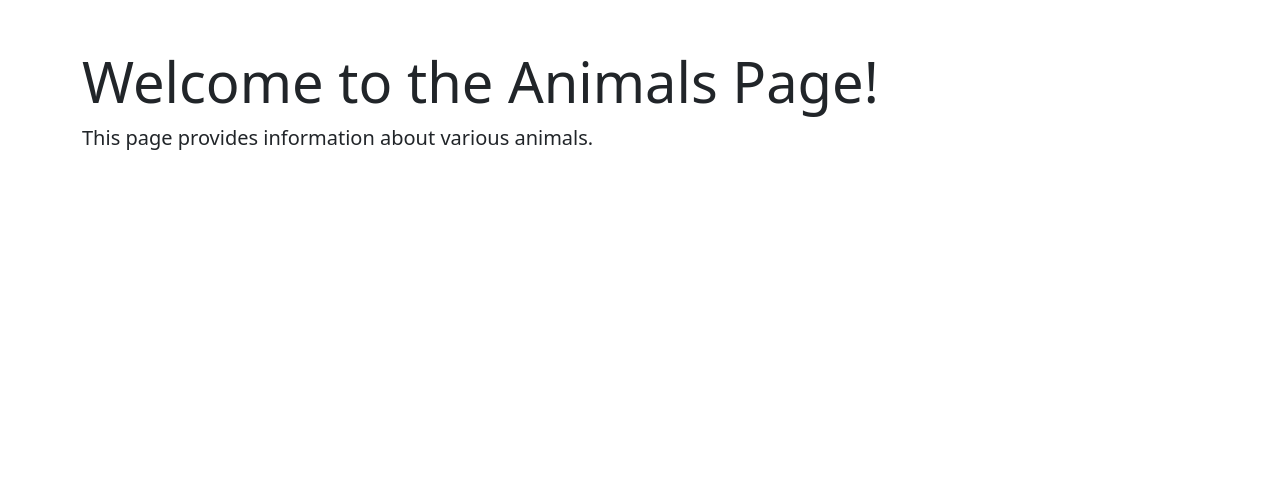
Repository: Mbote-Joseph/Django-Recap
Page: http://localhost/animals
The author's editor kept a copy of each file at every save. The page is drawn from the files as they stood at one save, then again after a run of saves.
The browser window is 1280 px wide. The pictures show the whole page.
The page is served by the project's application, run on Django 5.2 (manage.py). Other server files are loaded and not shown. The page reads the database file committed with the project.

Above is the page before, as saved 2025-12-13 13:43:31.

### Test/testproject/animals/templates/animals/animals.html
{% extends "base.html" %}

{% block title %}
    <title>{{title}}</title>
{% endblock %}

{% block content %}
    <div class="container mt-5">
        <div class="jumbotron">
            <h1 class="display-4">Welcome to the Animals Page!</h1>

            <p class="lead">This page provides information about various animals.</p>
            {% for animal in animals %}
                <div class="card mb-3">
                    <div class="card-body">
                        <h5 class="card-title">{{ animal.name }} ({{ animal.species }})</h5>
                        <p class="card-text">Age: {{ animal.age }}</p>
                        <p class="card-text">Location: {{ animal.location }}</p>
                    </div>
                </div>
            {% endfor %}
        </div>
    </div>
{% endblock %}

### Test/testproject/static/templates/base.html
{% load static %}
<!doctype html>
<html lang="en">
  <head>
    <meta charset="utf-8">
    <meta name="viewport" content="width=device-width, initial-scale=1">
    {% block title %}
    {% endblock %}
    <link href="https://cdn.jsdelivr.net/npm/bootstrap@5.3.8/dist/css/bootstrap.min.css" rel="stylesheet" integrity="sha384-sRIl4kxILFvY47J16cr9ZwB07vP4J8+LH7qKQnuqkuIAvNWLzeN8tE5YBujZqJLB" crossorigin="anonymous">
  </head>
  <body>
    {% block content %}

    {% endblock %}
    <script src="https://cdn.jsdelivr.net/npm/bootstrap@5.3.8/dist/js/bootstrap.bundle.min.js" integrity="sha384-FKyoEForCGlyvwx9Hj09JcYn3nv7wiPVlz7YYwJrWVcXK/BmnVDxM+D2scQbITxI" crossorigin="anonymous"></script>
  </body>
</html>

### Test/testproject/animals/views.py
from django.shortcuts import render
from django.views.generic import TemplateView

from .models import Animal
# Create your views here.

class HomeView(TemplateView):
    model = Animal
    context_object_name = "animals"
    template_name = "animals/animals.html"
    extra_context = {
        "title": " Animal Page"
    }

### Test/testproject/testproject/urls.py
"""
URL configuration for testproject project.

The `urlpatterns` list routes URLs to views. For more information please see:
    https://docs.djangoproject.com/en/6.0/topics/http/urls/
Examples:
Function views
    1. Add an import:  from my_app import views
    2. Add a URL to urlpatterns:  path('', views.home, name='home')
Class-based views
    1. Add an import:  from other_app.views import Home
    2. Add a URL to urlpatterns:  path('', Home.as_view(), name='home')
Including another URLconf
    1. Import the include() function: from django.urls import include, path
    2. Add a URL to urlpatterns:  path('blog/', include('blog.urls'))
"""
from django.contrib import admin
from django.urls import path, include

urlpatterns = [
    path('admin/', admin.site.urls),
    path('home', include('home.urls')),
    path('animals', include('animals.urls')),
]

### Test/testproject/home/urls.py
from django.urls import path

from .views import HomeView

urlpatterns = [
    path('', HomeView.as_view()),
]

### Test/testproject/animals/urls.py
from django.urls import path
from .views import HomeView

urlpatterns = [
    path('', HomeView.as_view()),
]

### Test/testproject/animals/models.py
from django.db import models

# Create your models here.

class Animal(models.Model):
    LOCATIONS = {
        ('savannah', 'Savannah'),
        ('jungle', 'Jungle'),
        ('ocean', 'Ocean'),
        ('desert', 'Desert'),
    }
    name = models.CharField(max_length=100)
    species = models.CharField(max_length=100)
    age = models.IntegerField()
    location = models.CharField(max_length=100, choices=LOCATIONS)

    def __str__(self):
        return f"{self.name} the {self.species}"

### Test/testproject/db.sqlite3 (the tables this page reads, as SQL)
CREATE TABLE "animals_animal" ("id" integer NOT NULL PRIMARY KEY AUTOINCREMENT, "name" varchar(100) NOT NULL, "species" varchar(100) NOT NULL, "age" integer NOT NULL, "location" varchar(100) NOT NULL);
INSERT INTO "animals_animal" VALUES
(1, 'Lion', 'Carnivorous', 4, 'jungle'),
(2, 'Rabbit', 'Herbivor', 1, 'savannah');

After the next 2 saves:
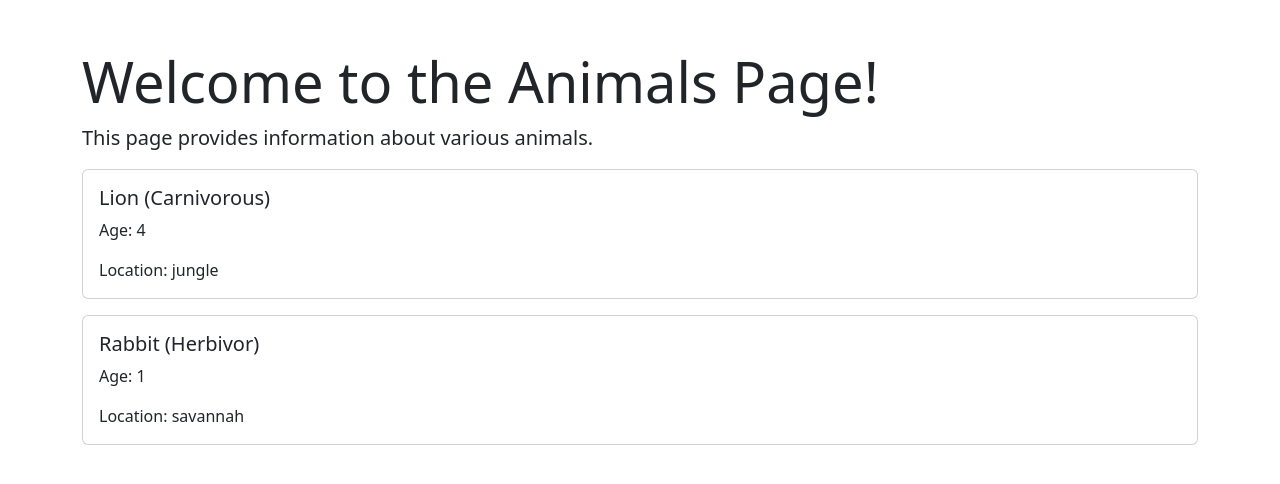
The 2 saves are shown as one change because 1 did not build or start.
The last was saved 23 min 13 s later.
--- a/Test/testproject/animals/views.py
+++ b/Test/testproject/animals/views.py
@@ -1,10 +1,10 @@
 from django.shortcuts import render
-from django.views.generic import TemplateView
+from django.views.generic import TemplateView, ListView
 
 from .models import Animal
 # Create your views here.
 
-class HomeView(TemplateView):
+class HomeView(ListView):
     model = Animal
     context_object_name = "animals"
     template_name = "animals/animals.html"
